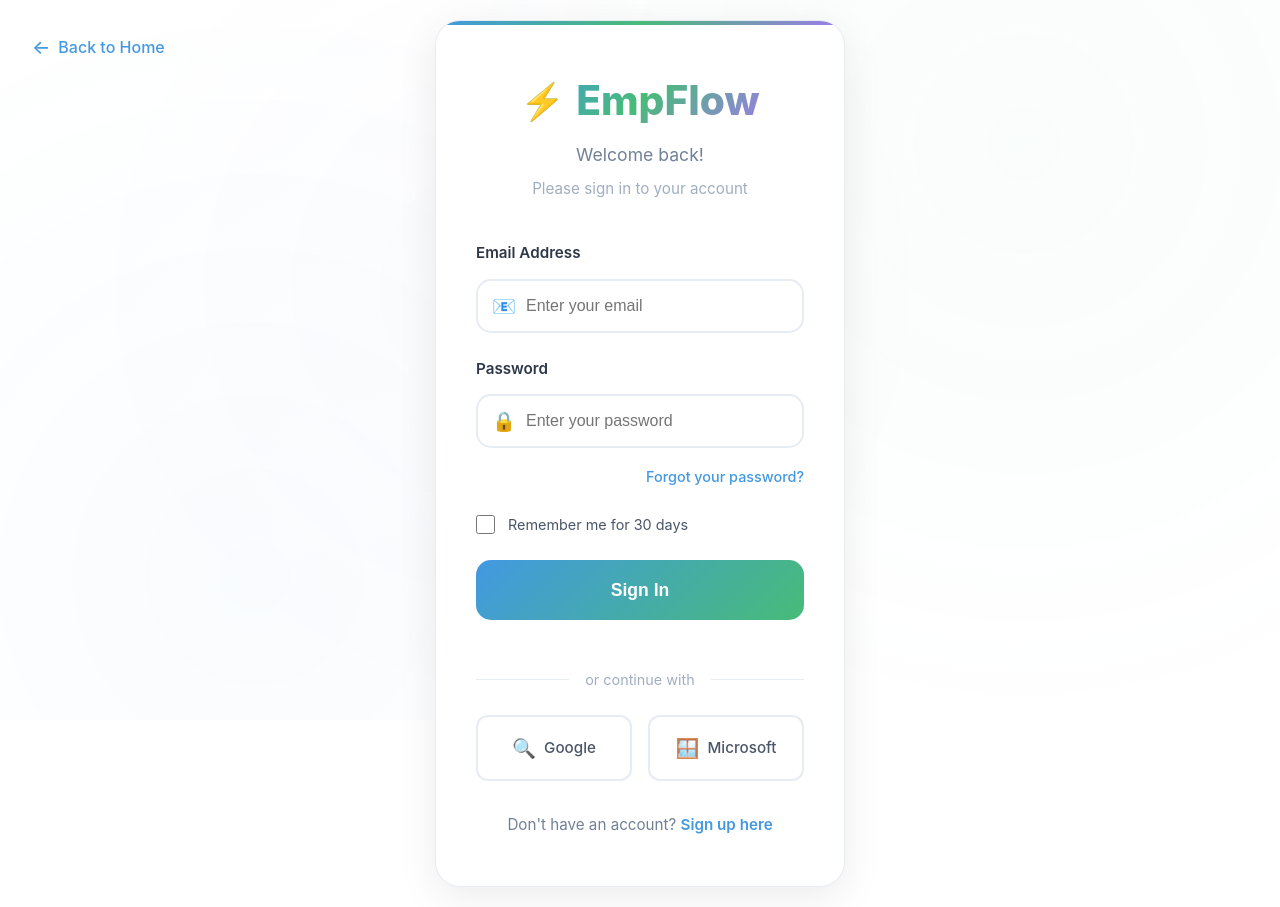
Repository: Shwetannarkhede/EmployeeHub
Page: EmployeeManagemntSystem/src/main/webapp/login.html
The author's editor kept a copy of each file at every save. The page is drawn from the files as they stood at one save, then again after a run of saves.
The browser window is 1280 px wide. The pictures show the whole page.

Above is the page before, as saved 2025-09-22 17:21:09.

After the next 2 saves:
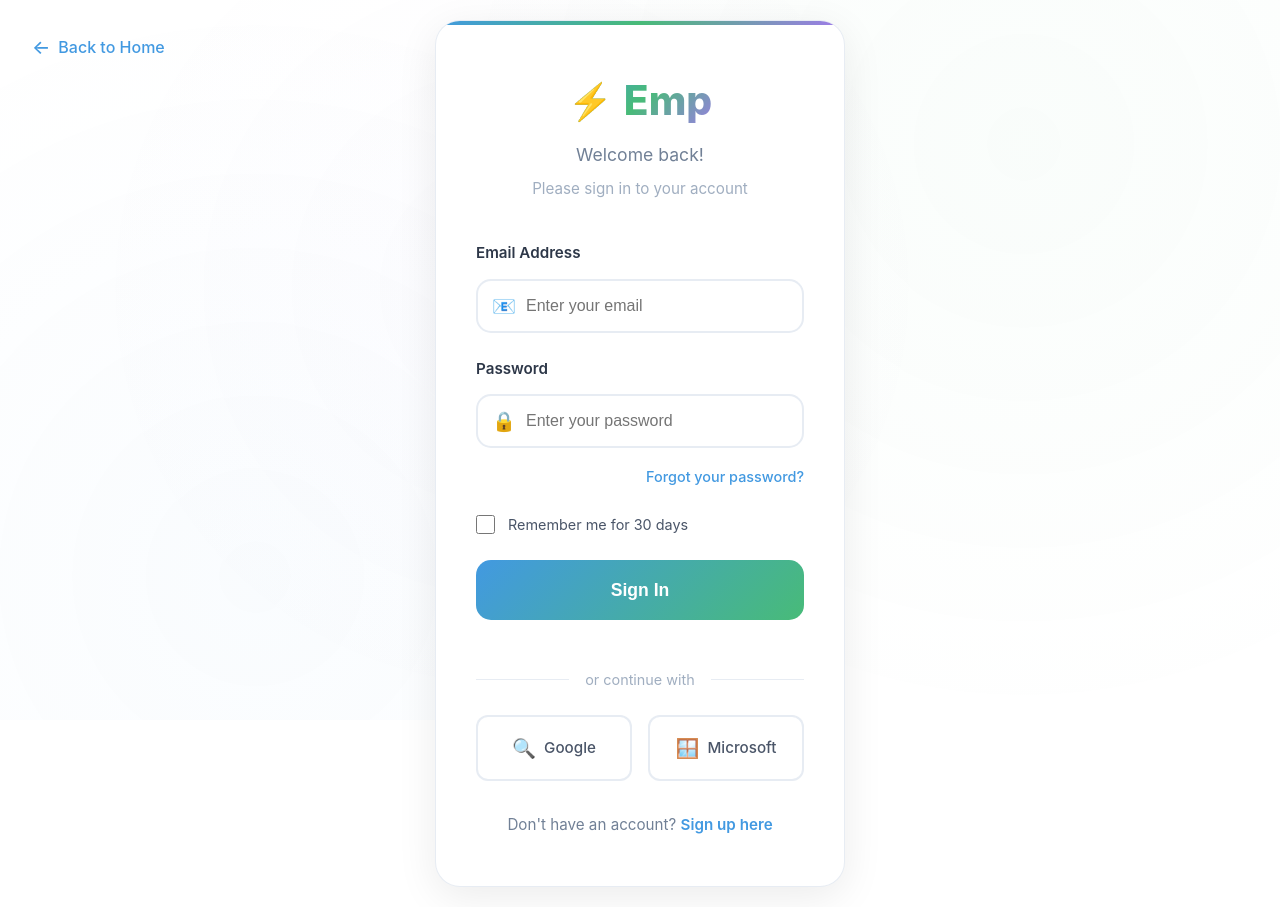
The 2 saves are shown as one change because they came seconds apart.
The last was saved 7 s later.
--- a/EmployeeManagemntSystem/src/main/webapp/login.html
+++ b/EmployeeManagemntSystem/src/main/webapp/login.html
@@ -8,12 +8,12 @@
 
 </head>
 <body>
-    <a href="/Home.html" class="back-link">Back to Home</a>
+    <a href="Home.html" class="back-link">Back to Home</a>
 
     <div class="login-container">
         <div class="login-card">
             <div class="logo-section">
-                <div class="logo">EmpFlow</div>
+                <div class="logo">Emp</div>
                 <div class="welcome-text">Welcome back!</div>
                 <div class="subtitle">Please sign in to your account</div>
             </div>
